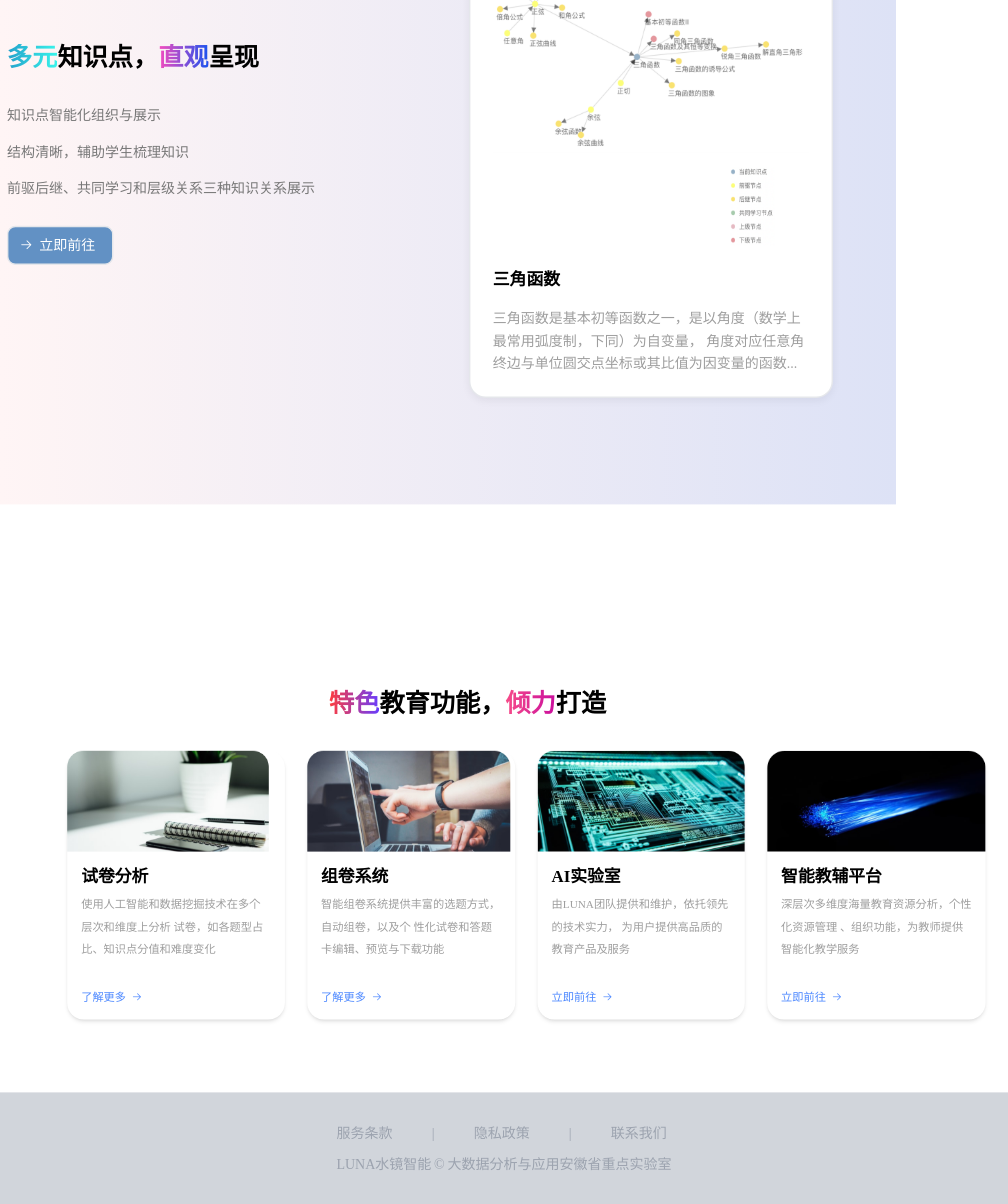
Repository: xydzy1/vue-start
Page: /
The author's editor kept a copy of each file at every save. The page is drawn from the files as they stood at one save, then again after the next save.
The browser window is 1280 px wide. The page is 1440 px wide, so the pictures cover 1440 px, including what lies to the right of the window. The pictures show the part of the page from y = 2632 to 4352 px (the page is 4352 px tall), at 70% of full size.
The project was rebuilt for these pictures with package versions that can differ from the ones it lists, and the page was loaded fresh each time. Also part of the build but not shown: vite.config.js, vue.config.cjs, src/assets/part1.css.

Above is the page before, as saved 2023-08-13 12:18:58.

### index.html
<!doctype html>
<html lang="en">
  <head>
    <meta charset="UTF-8" />
    <link rel="icon" type="image/svg+xml" href="/vite.svg" />
    <meta name="viewport" content="width=device-width, initial-scale=1.0" />
    <title>Vite App</title>
  </head>
  <body>
    <div id="app"></div>
    <script type="module" src="./src/main.js"></script>
  </body>
</html>

### src/main.js
// main.js
import Vue from "vue";
import VueRouter from 'vue-router'
import router from './router'
import App from "./App.vue"
import axios from 'axios'
import './style/tailwind.css'
import ElementUI from "element-ui"
import 'element-ui/lib/theme-chalk/index.css'
import './assets/part1.css'



Vue.use(ElementUI)
Vue.use(VueRouter);

new Vue({
   router,
   el: "#app",
   render: (h) => h(App)
}).$mount();

### src/router/index.js
import Vue from 'vue'
import VueRouter from 'vue-router'

Vue.use(VueRouter)

const routes=[
    {
        path: '/',
        redirect: 'new_homepage',
    },
    {
        path: '/new_homepage',
        name: 'new_homepage',
        component: () => import('../components/main.vue'),
    },
    {
        path: '/hello',
        name: 'hello',
        component: () => import('../components/hello.vue'),
    }
]

const router = new VueRouter({
    mode: 'history',
    routes
  })

export default router

### src/App.vue
<template>
	<div>
		<router-view/>
	</div>
</template>

<script>

</script>

### src/components/main.vue
<template>
	<body class="font-Sara items-center overflow-x-hidden">
		<part1/>
		<part2/>
		<part3/>
		<part4/>
	</body>
</template>

<style scoped>

</style>

<script>
	import part1 from './all_part/part1.vue'
	import part2 from './all_part/part2.vue'
	import part3 from './all_part/part3.vue'
	import part4 from './all_part/part4.vue'
	export default{
		data() {
			return {}
		},
		methods:{},
		created(){
		},
		components:{part1,part2,part3,part4},
	}
	//导航栏响应滚动变色
	window.onscroll=function(){
		var topScroll =window.pageYOffset;
		console.log(topScroll)
		var nav=document.getElementById("nav");
		if(topScroll>120){
			nav.style.backgroundColor = 'rgba(255,255,255,0.75)';
			nav.style.backdropFilter = 'blur(24px)';
		}
		else{
			nav.style.backgroundColor = '';
			nav.style.backdropFilter = '';
		}
	}

</script>

### src/components/all_part/part1.vue
<template>
    <div>
        <div class="w-full max-w-1280 p-10 md:p-5 absolute flex items-center justify-center h-p1_1_nh md:h-p1_1_wh bg-gradient-to-r from-p1_c3 from-0% via-p1_c2 via-45% to-p1_c1 to-100% bg-opacity-100">
			<div class="fixed flex flex-row top-0 w-full z-50 py-nav_py" id="nav">
				<span class="flex-none pl-14">
					<img src="../../image/logo.png" class="w-36 h-11" >
				</span>
				<span class="flex-1"></span>
				<span class="hidden flex-none md:flex flex-row flex-nowrap max-w-1280 mx-14 text-xl font-medium">
					<button class="pr-3 hover:text-blue-400">首页</button>
					<button class="pr-3 ml-6 hover:text-blue-400">功能</button>
					<button v-for="item in ['AI实验室','成员']" class="ml-6 pr-3 hover:text-blue-400">{{ item }}</button>
					<span class="ml-6 mt-2">|</span>
					<button class="ml-6 hover:text-blue-400 ">登录</button>
					<button class="border-login_cborder border-2 rounded-full pl-4 pr-4 ml-6 py-2 hover:text-blue-400 ">注册</button>
				</span>
				<span class="flex-1 md:hidden">
					<button class="hover:text-blue-400 text-4xl absolute right-4"><i class="el-icon-menu"></i></button>
				</span>
			</div>
			<div class="absolute flex flex-row max-w-1280 bottom-logo_bottom">
				<span class="flex-none">
					<img src="../../image/logo2.png" class="w-32 h-32">
				</span>
				<span class="mx-3 pt-5">
					<h1 class="text-5xl font-medium px-5 tracking-widest">LUNA</h1>
					<h2 class="text-2xl font-normal text-center max-w-760 mt-2 tracking-wider">智慧教育知识图谱</h2>
				</span>
			</div>
			<div class="absolute flex flex-row shadow-p1_shadow max-w-1280 border-2 rounded-full w-auto md:w-160 h-16 mx-15 md:mx-0 bg-white items-center bottom-0 -bottom-8 z-40">
				<i class="el-icon-search text-2xl ml-5 mr-3"></i>
				<div class="w-search_frame_narrow md:w-search_frame_wide">
					<input type="text" class="my-search_frame_my flex-none text-left text-4.5 font-medium w-search_frame_narrow md:w-search_frame_wide flex-none outline-none z-1" placeholder="在此输入知识点名称" v-model="serchinfo">
				</div>
				<button @click='hello' class="ml-4 shadow-p1_shadow2 transition duration-300 text-center rounded-full px-10 py-3 z-2 text-white text-xl font-normal bg-gradient-to-r from-p1_cbutton1 to-p1_cbutton2">
					搜索
				</button>
			</div>
		</div>
        <div class="w-full max-w-1280 absolute flex items-center justify-center h-p1_2_nh md:h-p1_2_wh mt-p1_1_nh md:mt-p1_1_wh">
			    <div class="absolute top-10">
				    <button @click="hello" class="transition duration-300 rounded-full pl-10 pr-10 pt-3 pb-3 bg-gradient-to-t from-p1_cbutton1 to-p1_cbutton2 text-white text-xl font-normal">
					    vue-router-api
				    </button>
			    </div>
			    <div class="flex-none absolute top-1/3 w-760 text-center text-5xl font-medium">
				    寓智于教，致知未来
			    </div>
			    <div class="flex-none absolute flex top-1/2 w-760 text-center text-xl font-normal">
					智慧教育知识图谱（LUNA）致力于为广大师生提供深层次、多维度的海量教育资源处理分析工具，与智能、个性化的教育资源组织、分析与评估服务
			    </div>
		</div>
    </div>
</template>


<style scoped>
	button{
		transition-duration: 300ms;
	}
	button:active{
		transform: scale(.95);
	}
	button:hover{
		filter: brightness(.9);
	}
</style>

<script>
    export default{
        name: 'part1',
        data() {
			return {
				serchinfo: '三角函数',
			}
		},
		methods:{
			hello() {
				this.$router.replace('/hello');
			},
		},
    }
</script>

### src/components/all_part/part2.vue
<template>
    <div class="absolute w-full max-w-1280 flex items-center justify-center h-1500 minw:h-1000 mt-p2_mt px-10 minw:px-20 py-50">
			<div class="flex flex-col-reverse minw:flex-row flex-none items-center justify-center">
				<div class="flex flex-col items-center justify-center minw:items-stretch mt-20 minw:mt-0">
					<div class="flex flex-row text-xl font-semibold ml-6">
						<div class="flex flex-col" id="b1">
							<button class="flex-none" @click="c1">试题资源</button>
							<p class="w-auto h-0.5 bg-black" id="l1"></p>
						</div>
						<p class="w-10"></p>
						<div class="flex flex-col" id="b2">
							<button class="flex-none" @click="c2">试卷资源</button>
							<p class="w-auto h-0.5 bg-black" id="l2"></p>
						</div>
						<p class="w-10"></p>
						<div class="flex flex-col" id="b3">
							<button class="flex-none" @click="c3">教材教辅</button>
							<p class="w-auto h-0.5 bg-black" id="l3"></p>
						</div>
					</div>
					<div class="flex items-center justify-center mt-8">
						<div class="flex-none">
							<img src="../../image/data.png" class="w-152.5 h-130">
						</div>
					</div>
				</div>
				<div class="flex flex-col mt-36 ml-15">
					<span class="w-125 text-4xl font-bold text-center minw:text-left">
						<span class="bg-gradient-to-r from-p2_cword1_1 to-p2_cword1_2 inline-block bg-clip-text text-transparent">海量</span>
						<span >教学资源，</span>
						<span class="bg-gradient-to-r from-p2_cword2_1 to-p2_cword2_2 inline-block bg-clip-text text-transparent">智能</span>
						<span>处理</span>
					</span>
					<ul class="w-125 text-xl font-normal text-p3_cword4 mt-10 text-center minw:text-left">
						<li>海量标准化、体系化的教学资源</li>
						<li class="pt-6">基于高效准确的试题相似度评估算法的高质量资源库</li>
						<li class="pt-6">智能与个性化的资源录入、查询和管理服务</li>
					</ul>
					<span class="flex flex-row w-125 text-xl text-white font-normal mt-10">
						<button class="bg-p2_cbutton2 pt-3 pb-3 pl-5 pr-5 mr-4  rounded-xl"><i class="el-icon-edit"></i> 试题录入</button>
						<button class="bg-p2_cbutton3 pt-3 pb-3 pl-5 pr-5 mr-4  rounded-xl"><i class="el-icon-search"></i> 试题检索</button>
						<button class="bg-p2_cbutton1 pt-3 pb-3 pl-5 pr-5  rounded-xl"><i class="el-icon-reading"></i> 智能分析</button>
					</span>
				</div>
			</div>
	</div>
</template>

<style>
	button{
		transition-duration: 300ms;
	}
	button:active{
		transform: scale(.95);
	}
	button:hover{
		filter: brightness(.9);
	}
</style>

<script>
    export default{
        name: 'part2',
		data(){
			return{

			}
		},
		methods:{
			c1(){
				var b1=document.getElementById('b1');
				var b2=document.getElementById('b2');
				var b3=document.getElementById('b3');
				var l1=document.getElementById('l1');
				var l2=document.getElementById('l2');
				var l3=document.getElementById('l3');
				b1.style.color='#000000';
				b2.style.color='#707070';
				b3.style.color='#707070';
				l1.style.display='';
				l2.style.display='none';
				l3.style.display='none';
			},
			c2(){
				var b1=document.getElementById('b1');
				var b2=document.getElementById('b2');
				var b3=document.getElementById('b3');
				var l1=document.getElementById('l1');
				var l2=document.getElementById('l2');
				var l3=document.getElementById('l3');
				b1.style.color='#707070';
				b2.style.color='#000000';
				b3.style.color='#707070';
				l1.style.display='none';
				l2.style.display='';
				l3.style.display='none';
			},
			c3(){
				var b1=document.getElementById('b1');
				var b2=document.getElementById('b2');
				var b3=document.getElementById('b3');
				var l1=document.getElementById('l1');
				var l2=document.getElementById('l2');
				var l3=document.getElementById('l3');
				b1.style.color='#707070';
				b2.style.color='#707070';
				b3.style.color='#000000';
				l1.style.display='none';
				l2.style.display='none';
				l3.style.display='';
			}
		},
		mounted(){
			this.c1();
		}
	}
</script>

### src/components/all_part/part3.vue
<template>
    <div class="items-center justify-center py-45 px-10 minw:px-20 absolute w-full max-w-1280 flex flex-col minw:flex-row h-1500 minw:h-1000 mt-p3_mt2 minw:mt-p3_mt1 bg-gradient-to-r from-p3_c1 to-p3_c2">
			<div class="flex-none">
				<div class="flex flex-col items-center minw:items-stretch">
					<span class="flex-none w-125 h-8 text-4xl font-bold text-center minw:text-left">
						<span class="bg-gradient-to-r from-p3_cword1_1 to-p3_cword1_2 inline-block bg-clip-text text-transparent">
							多元
						</span>
						<span>知识点，</span>
						<span class="bg-gradient-to-r from-p3_cword2_1 to-p3_cword2_2 inline-block bg-clip-text text-transparent">
							直观
						</span>
						<span>呈现</span>
					</span>
					<ul class="flex-none text-xl font-normal mt-14 text-p3_cword4 text-center minw:text-left">
						<li>知识点智能化组织与展示</li>
						<li class="pt-6">结构清晰，辅助学生梳理知识</li>
						<li class="pt-6">前驱后继、共同学习和层级关系三种知识关系展示</li>
					</ul>
					<span class="flex-none mt-10 text-white text-xl font-normal">
						<button class="bg-p3_cbutton pl-4 pr-6 pt-3 pb-3 border-2 rounded-xl"><i class="el-icon-right pr-2"></i>立即前往</button>
					</span>
				</div>
			</div>
			<div class="flex-none flex flex-col items-center justify-center px-0 minw:px-20 mt-20 minw:mt-11">
					<div class="w-130 minw:ml-20 h-auto px-8 flex flex-col flex-none border-2 rounded-3xl shadow-p3_shadow bg-white z-0">
						<span class="flex-none">
							<img src="../../image/triangle.png" class="w-114 h-80">
							<img src="../../image/triangle2.png" class="relative left-3/4 w-16 h-28">
						</span>
						<span class="pb-8 mt-8 flex flex-col flex-none">
							<span class="text-2xl font-bold">三角函数</span>
							<span class="text-xl font-normal text-p3_cword3 mt-6 leading-8">
								<p>三角函数是基本初等函数之一，是以角度（数学上最常用弧度制，下同）为自变量，
									角度对应任意角终边与单位圆交点坐标或其比值为因变量的函数...</p>
							</span>
						</span>
					</div>
			</div>
	</div>
</template>

<script>
    export default{
        name: 'part2'
    }
</script>

### src/components/all_part/part4.vue
<template>
    <div class="transition duration-200 ease-in-out w-full max-w-1280">
        <div class="py-66 px-20 absolute flex flex-col h-auto md:h-1160 mt-p4_mt2 minw:mt-p4_mt1 items-center justify-center">
			<div class="flex-none flex text-4xl ml-24 minw:ml-0 font-bold w-125 ">
				<span class="bg-gradient-to-r from-p4_cword1_1 to-p4_cword1_2 inline-block bg-clip-text text-transparent">
					特色
				</span>
				<span>教育功能，</span>
				<span class="bg-gradient-to-r from-p4_cword2_1 to-p4_cword2_2 inline-block bg-clip-text text-transparent">
					倾力
				</span>
				<span>打造</span>
			</div>
			<div class="flex flex-col minw:flex-row mt-12">
				<div class="flex-none flex flex-col md:flex-row max-w-full minw:max-w-2xl">
					<div class="relative transform hover:-translate-y-4 flex flex-col w-auto min-w-72 h-96 rounded-3xl shadow-md mx-4">
						<div>
							<img src="../../image/p4-1.png" class="w-auto minw:w-72 h-36 hover:mt-4">
						</div>
						<span class="text-2xl font-bold mt-5 mx-5">试卷分析</span>
						<span class="text-p3_cword3 leading-8 mt-2 mx-5 font-normal">
							<p>使用人工智能和数据挖掘技术在多个层次和维度上分析
							试卷，如各题型占比、知识点分值和难度变化</p>
						</span>
						<span class="absolute bottom-5">
							<button class="text-p4_cbutton pl-5 pt-2">了解更多<i class="el-icon-right pl-2"></i></button>
						</span>
					</div>
					<div class="relative transform hover:-translate-y-4 flex flex-col w-auto min-w-72 h-96 rounded-3xl shadow-md mx-4 mt-16 md:mt-0">
						<div>
							<img src="../../image/p4-2.png" class="w-auto min-w-72 h-36">
						</div>
						<span class="text-2xl font-bold mt-5 mx-5">组卷系统</span>
						<span class="text-p3_cword3 leading-8 mt-2 mx-5 font-normal">
							<p>智能组卷系统提供丰富的选题方式，自动组卷，以及个
								性化试卷和答题卡编辑、预览与下载功能</p>
						</span>
						<span class="absolute bottom-5">
							<button class="text-p4_cbutton pl-5 pt-2">了解更多<i class="el-icon-right pl-2"></i></button>
						</span>
					</div>
				</div>
				<div class="flex flex-none flex-col md:flex-row max-w-full minw:max-w-2xl">
					<div class="relative transform hover:-translate-y-4 flex flex-col w-auto min-w-72 h-96 rounded-3xl shadow-md mx-4 mt-16 minw:mt-0">
							<div class="w-auto min-w-72 h-36 overflow-hidden">
								<img src="../../image/p4-3.png"	class="w-auto min-w-72 h-auto min-h-36">
							</div>
							<span class="text-2xl font-bold mt-5 mx-5">AI实验室</span>
							<span class="text-p3_cword3 leading-8 mt-2 mx-5 font-normal">
								<p>由LUNA团队提供和维护，依托领先的技术实力，
									为用户提供高品质的教育产品及服务</p>
							</span>
							<span class="absolute bottom-5">
								<button class="text-p4_cbutton pl-5 pt-2">立即前往<i class="el-icon-right pl-2"></i></button>
							</span>
					</div>
					<div class="relative transform hover:-translate-y-4 flex flex-col w-auto min-w-72 h-96 rounded-3xl shadow-md mx-4 mt-16 minw:mt-0">
						<div class="w-auto min-w-72 h-36 overflow-hidden">
							<img src="../../image/p4-4.png" class="w-auto min-w-72 h-auto min-h-36">
						</div>
						<span class="text-2xl font-bold mt-5 mx-5">智能教辅平台</span>
						<span class="text-p3_cword3 leading-8 mt-2 mx-5 font-normal">
							<p>深层次多维度海量教育资源分析，个性化资源管理
								、组织功能，为教师提供智能化教学服务</p>
						</span>
						<span class="absolute bottom-5">
							<button class="text-p4_cbutton pl-5 pt-2">立即前往<i class="el-icon-right pl-2"></i></button>
						</span>
					</div>
				</div>
			</div>
			<div class="w-full max-w-1280 py-8 px-72 absolute bottom-0 left-0 flex h-40 bg-gray-300 items-center justify-center">
			<div class="flex-none flex flex-col">
				<span class="flex flex-row text-gray-400 text-xl font-normal">
					<span>服务条款</span>
					<span class="ml-14">|</span>
					<span class="ml-14">隐私政策</span>
					<span class="ml-14">|</span>
					<span class="ml-14">联系我们</span>
				</span>
				<span class="flex flex-row text-gray-400 text-xl font-normal pt-4">
					<span>LUNA水镜智能</span>
					<span class="ml-1">©</span>
					<span class="ml-1">大数据分析与应用安徽省重点实验室</span>
				</span>
			</div>
			</div>
		</div>
    </div>
</template>

<script>
    export default{
        name: 'part2'
    }
</script>

### tailwind.config.cjs
module.exports = {
  purge: ['./index.html', './src/**/*.{vue,js,ts,jsx,tsx}'],
  darkMode: false, // or 'media' or 'class'
  theme: {
    extend: {
      colors: {
        //background color
        p1_c1: '#ABC5F3',
        p1_c2: '#C2DEF4',
        p1_c3: '#D5F2F4',
        p3_c1: '#FFF5F5',
        p3_c2: '#DDE2F6',
        //button color
        login_cborder: '#313131',
        p1_cbutton1: '#7BAFEE',
        p1_cbutton2: '#7786EB',
        p2_cbutton1: '#766AD4',
        p2_cbutton2: '#D46A6A',
        p2_cbutton3: '#6A91D4',
        p3_cbutton: '#6291C4',
        p4_cbutton: '#4E89FF',
        //text color
        p2_cword1_1: '#FF4848',
        p2_cword1_2: '#F0BC2D',
        p2_cword2_1: '#4CC1F7',
        p2_cword2_2: '#1A52EE',
        p2_cword3: '#707070',
        p3_cword1_1: '#23A1CB',
        p3_cword1_2: '#3AF4EB',
        p3_cword2_1: '#F74CBE',
        p3_cword2_2: '#1A52EE',
        p3_cword3: '#9E9E9E',
        p3_cword4: '#787878',
        p4_cword1_1: '#FF3C3C',
        p4_cword1_2: '#663CFF',
        p4_cword2_1: '#F74C88',
        p4_cword2_2: '#CA0F9E',
      },
      container: {
        center: true,
        padding: '10px',
      },
      boxShadow: {
        'p1_shadow': '0px 6px 32px 0px rgba(0, 0, 0, 0.12)',
        'p1_shadow2': '1px 2px 6px 0px rgba(0, 0, 0, 0.08)',
        'p3_shadow': '0px 4px 12px 0px rgba(0, 0, 0, 0.06)',
      },
      spacing:{
        '11': '44px',
        '15': '60px',
        'nav_py': '17.5px',
        'search_frame_my': '19px',
        '4.5': '22px',
        '25': '100px',
        '41.5': '166px',
        '45': '180px',
        '50': '200px',
        'logo_bottom': '202px',
        '66': '264px',
        'search_frame_narrow' : '320px',
        'search_frame_wide': '440px',
        '114': '456px',
        '125': '500px',
        '130': '520px',
        '140': '560px',
        '152.5': '610px',
        'p1_1_wh': '620px',
        'p1_1_nh': '660px',
        'p1_2_wh' : '632px',
        'p1_2_nh' : '592px',
        '160': '640px',
        '760': '760px',
        '1000': '1000px',
        'p4_h': '1160px',
        '1280': '1280px',
        '1500': '1500px',
        'p2_mt': '1252px',
        'p3_mt1': '2352px',
        'p3_mt2': '2852px',
        'p4_mt1': '3352px',
        'p4_mt2': '4352px',
        'p4_mt3': '5352px',
        '3/5': '60%',
        '1/7': '14.2857143%',
        '1/8': '12.5%',
      },
      letterSpacing: {
        'widest': '.24em',
      },
      flexBasis: {
        '1/7': '14.2857143%',
        '2/7': '28.5714286%',
        '4/7': '57.1428571%',
      },
      fontFamily: {
        'Sara': ['Sarasa Gothic SC'],
      },
      fontSize: {
        '4.5': ['18px', '26px'],
      },
      lineHeight: {
        '12': '3rem',
      },
      screens: {
        'minw': '1200px',
      },
      minWidth:{
        '36': '144px',
        '72': '288px'
      },
      maxWidth:{
        /* 启用最大宽度1280
        '1280': '1280px'
        */
      }
    },
  },
  variants: {
    extend: {},
  },
  plugins: [],
}

Loaded but not shown: src/style/tailwind.css (common file)

After the next save:
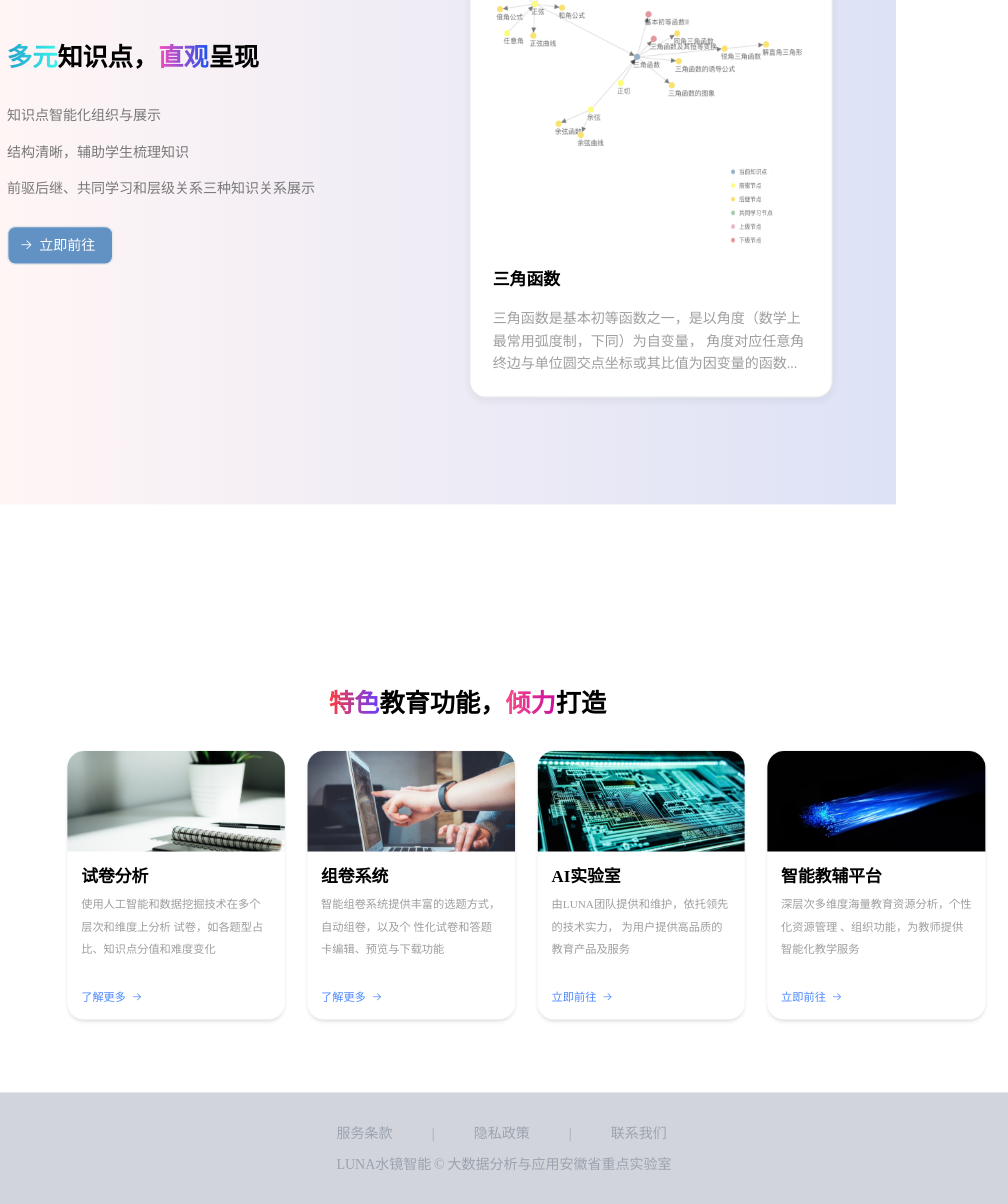
Saved 51 s later.
--- a/src/components/all_part/part4.vue
+++ b/src/components/all_part/part4.vue
@@ -14,8 +14,8 @@
 			<div class="flex flex-col minw:flex-row mt-12">
 				<div class="flex-none flex flex-col md:flex-row max-w-full minw:max-w-2xl">
 					<div class="relative transform hover:-translate-y-4 flex flex-col w-auto min-w-72 h-96 rounded-3xl shadow-md mx-4">
-						<div>
-							<img src="../../image/p4-1.png" class="w-auto minw:w-72 h-36 hover:mt-4">
+						<div class="w-auto min-w-72 h-36 overflow-hidden">
+							<img src="../../image/p4-1.png" class="w-auto min-w-72 h-auto min-h-36">
 						</div>
 						<span class="text-2xl font-bold mt-5 mx-5">试卷分析</span>
 						<span class="text-p3_cword3 leading-8 mt-2 mx-5 font-normal">
@@ -27,8 +27,8 @@
 						</span>
 					</div>
 					<div class="relative transform hover:-translate-y-4 flex flex-col w-auto min-w-72 h-96 rounded-3xl shadow-md mx-4 mt-16 md:mt-0">
-						<div>
-							<img src="../../image/p4-2.png" class="w-auto min-w-72 h-36">
+						<div class="w-auto min-w-72 h-36 overflow-hidden">
+							<img src="../../image/p4-2.png" class="w-auto min-w-72 h-auto min-h-36">
 						</div>
 						<span class="text-2xl font-bold mt-5 mx-5">组卷系统</span>
 						<span class="text-p3_cword3 leading-8 mt-2 mx-5 font-normal">
